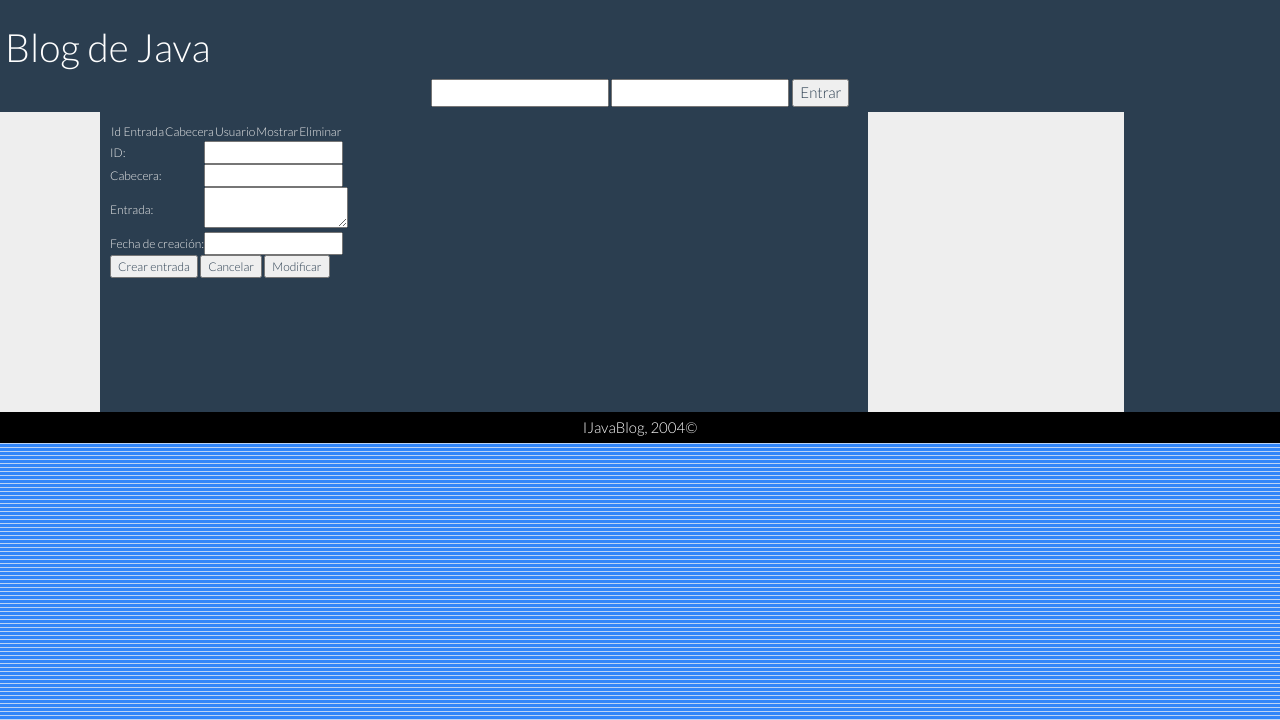
Repository: alruis/IJavaDreamBlog
Page: http://localhost/IJavaBlog/jsp/blog/inicio.jsp
An editor plug-in stored every save of this project. The page is shown before and after the next save, followed by the edit.
The browser window is 1280 px wide. The pictures show the whole page.
The page is served by Tomcat 9. Nobody is signed in. The application's start-up code is not run. Other server files are loaded and not shown. The template is opened directly, without the code that normally fills it, so the values that code supplies are empty.

Above is the page before, as saved 2014-09-26 10:10:23.
Console error: ReferenceError: init is not defined

### IJavaBlog/WebContent/jsp/blog/inicio.jsp
<%@ page language="java" contentType="text/html; charset=UTF-8"
    pageEncoding="UTF-8"%>
     <%@page import="model.Entrada"%>
 <%@page import="java.util.List"%>
<%@ taglib prefix="c" uri="http://java.sun.com/jsp/jstl/core" %>
<%@ taglib prefix="form" uri="http://www.springframework.org/tags/form" %>
<!DOCTYPE html>
<html>
<head>
	<meta charset="UTF-8">
	<title>IJavaBlog</title>
	<!-- <link href="css/comun.css" rel="stylesheet" type="text/css" />  -->
	<link href="css/bootstrap.css" rel="stylesheet" type="text/css" />
	<link href="css/ijavablog.css" rel="stylesheet" type="text/css" />

	<script>

	const AGREGAR = 0;
		const MODIFICAR = 1;

		var confirmar = function() {
			var confirmado = confirm("Seguro que deseas eliminar la entrada?");
			return confirmado; // true o false
		};

		var guardar = function(op) {
			var form = document.forms.entradaForm;

			if (op == AGREGAR)
				form.action = "agregarEntrada.blog";
			else if (op == MODIFICAR)
				form.action = "modificarEntrada.blog";

			form.submit();
		};



	</script>


</head>
<body  onload="init()">


	<div id="cabecera" class="cabecera"><%@ include file="cabecera.jsp" %></div>

		<div id="errores">
		<c:forEach var="e" items="${errores}">
			${e}<br/>
		</c:forEach>

</div>
	<div id="body" class="cuerpo" >

	<div id="navegacion" class="navegacion"></div>

	<div id="entradas" class="entradas" >
		<table id="tablaEntradas" border="1">


		<tbody id="tbodyEntradas" >
		<thead>
		<tr><td>Id Entrada</td>
		<td>Cabecera</td>
		<td>Usuario</td>
		<td>Mostrar</td>
		<td>Eliminar</td></tr>

		</thead>
		<%
			// Obteniendo personas que son enviadas desde el Controlador
			List<Entrada> entradas = (List<Entrada>)
			request.getAttribute("entradas");

			if (entradas != null) {
				int num = 1;
				for (Entrada ent : entradas) {
		%>

					<tr>

						<td><%= ent.getIdEntrada() %></td>
						<td><%= ent.getCabeceraEntrada() %></td>
						<td>Creada por el usuario: <%= ent.getIdusuario() %></td>
						<td><a href="mostrar.blog?idEntrada=<%= ent.getIdEntrada() %>"> Mostrar	</a>
						</td>
						<td><a
								href="eliminar.blog?idEntrada=<%= ent.getIdEntrada() %>"
								onclick="return confirmar()" >Eliminar
							</a>
						</td>
					</tr>

		<%
				}
			}
		%>
		</tbody>
	</table>


	<!--   <h1>Crear entrada</h1> -->
	<form:form action="agregarEntrada.blog" commandName="entradaForm" method="post">
		<table>
		<tr>
				<td>ID:</td>
				<td><form:input path="idEntrada" readonly="true" /> </td>
			</tr>
			<tr>
				<td>Cabecera:</td>
				<td><form:input path="cabeceraEntrada"/> </td>
			</tr>
			<tr>
				<td>Entrada:</td>
				<td><form:textarea  path="entrada" /> </td>
			</tr>

			<tr>
				<td>Fecha de creación:</td>
				<td><form:input path="fechaCreacion"/> </td>
			</tr>
			<tr>
				<td colspan="2">
					<input type="submit" value="Crear entrada"/>
					<!-- <input type="button" value="Agregar entrada" onclick="guardar(AGREGAR)"/> -->
				<input type="button" value="Cancelar" onclick="window.location.href='inicio.blog'"/>
				<input type="button" value="Modificar" onclick="guardar(MODIFICAR)"/>
				</td>
			</tr>
		</table>
	</form:form>
	</div> <!--  Cierre de div de entradas -->

	<div id="enlaces" class="enlaces"></div>
	</div> <!--  Cierre de div de body -->

	<div class="pie">
	<%@ include file="pie.jsp" %>
	</div>

</body>
</html>

### IJavaBlog/WebContent/jsp/blog/cabecera.jsp
<%@ page language="java" contentType="text/html; charset=UTF-8"
    pageEncoding="UTF-8"%>
<%@ taglib prefix="c" uri="http://java.sun.com/jsp/jstl/core" %>

<!--  <link href="css/cabecera.css" rel="stylesheet" type="text/css" /> -->
<div id="cabecera">
	<form action="autenticar.blog" method="post">
	<div onclick="javascript:location.href='index.blog'"><h1>Blog de Java</h1></div>
	<div>
		<c:choose>
			<c:when test="${empty sessionScope.usuario}">
				<input type="text" name="correo" />
				<input type="text" name="clave" />
				<input type="submit" value="Entrar" />
			</c:when>
			<c:otherwise>
			<span style="text-align: right;">
				Bienvenido, ${sessionScope.usuario.correo }
				<a href="cerrarSesion.blog">Cerrar sesión</a>
			</span>
			</c:otherwise>
		</c:choose>
	</div>
	</form>
</div>

### IJavaBlog/WebContent/jsp/blog/pie.jsp
<%@ page language="java" contentType="text/html; charset=UTF-8"
    pageEncoding="UTF-8"%>
<div id="pie">
	IJavaBlog, 2004&copy;
</div>

### IJavaBlog/WebContent/css/ijavablog.css
h1 {
	text-align: left;
}

html{
	font-family:Arial, Helvetica, sans-serif;
	font-size:80%;
	background:url("/img/FondoCabecera.png") repeat top;
}

#body {
	clear: both;
	background:url("/img/FondoCabecera.png") repeat top;
}

#registrarUsuario {
	text-align: right;
}


td.entradas{
	text-align: left;
	}


	div.cabecera{
	background-image:black url("/img/FondoCabecera.png") repeat top;

    color:white;
    text-align:center;
    padding:5px;
	}

	div.cuerpo{

	}

	div.enlaces{
 	line-height:30px;
    background-color:#eeeeee;
    height:300px;
    width:20%;
    float:left;
    padding:5px;

	}
	div.entradas{
	width:60%;
    float:left;
    padding:10px;
    margin-left:auto;
    margin-right:auto;

	}

	div.navegacion{
	 line-height:20%;
    background-color:#eeeeee;
    height:300px;
    width:100px;
    float:left;
    padding:5px;
	}




	div.pie{
	 background-color:black;
    color:white;
    clear:both;
    text-align:center;
   padding:5px;

	}

Loaded but not shown: IJavaBlog/WebContent/css/bootstrap.css (library)

After the next save:
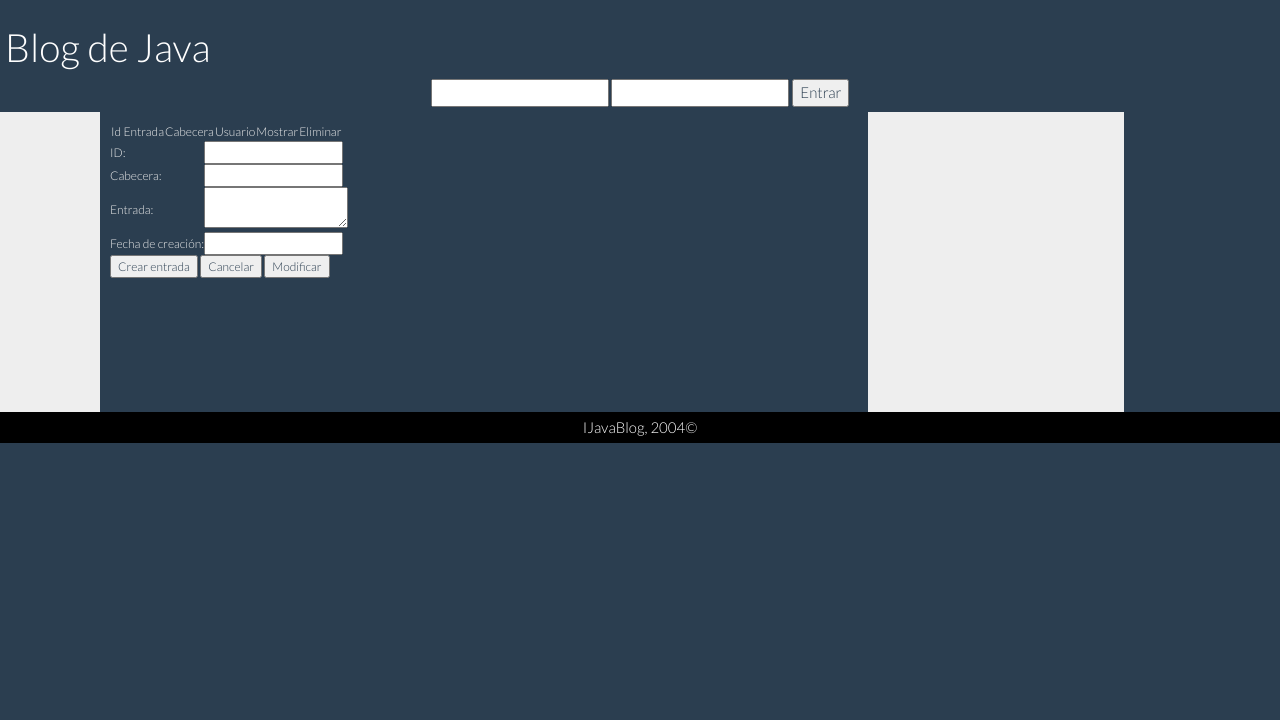
Saved 38 s later.
--- a/IJavaBlog/WebContent/css/ijavablog.css
+++ b/IJavaBlog/WebContent/css/ijavablog.css
@@ -5,12 +5,12 @@ h1 {
 html{
 	font-family:Arial, Helvetica, sans-serif;
 	font-size:80%;
-	background:url("/img/FondoCabecera.png") repeat top;
+
 }
 
 #body {
 	clear: both;
-	background:url("/img/FondoCabecera.png") repeat top;
+
 }
 
 #registrarUsuario {
